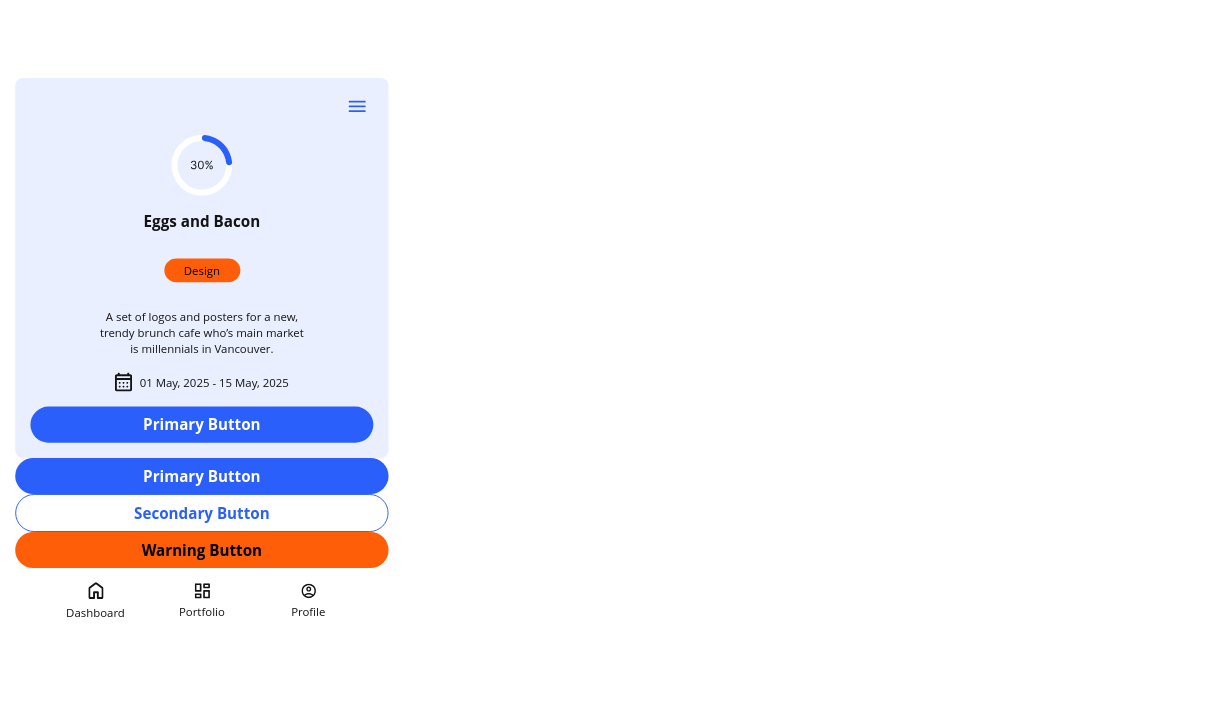
Repository: brunaguarizo/mosaic_app
Page: /
The author's editor kept a copy of each file at every save. The page is drawn from the files as they stood at one save, then again after the next save.
The browser window is 1280 px wide. The pictures show the whole page, at 95% of full size.
The project was rebuilt for these pictures with package versions that can differ from the ones it lists, and the page was loaded fresh each time. The framework's server and built-in components were replaced by stand-ins that run in the browser. Also part of the build but not shown: next.config.mjs.

Above is the page before, as saved 2025-04-18 10:46:45.

### app/page.js
import Navbar from "./_ui/Navbar/Navbar";
import ProjectCard from "./_ui/Project_card/Project_card";
import Button from "./_ui/Button/Button";

export default function Home() {
    return (
        <div>
            <ProjectCard />

            <Button
                value='Primary Button'
                type='primary'
                //onClick={}
            />

            <Button
                value='Secondary Button'
                type='secondary'
                //onClick={}
            />

            <Button
                value='Warning Button'
                type='warning'
                //onClick={}
            />
            <Navbar />
        </div>
    );
}

### app/globals.css
/* ------------------------------------------------------ GENERAL STYLES ------------------------------------------------------ */
*,
*::before,
*::after {
    box-sizing: inherit;
}

html,
body {
    padding: 0;
    margin: 0;
    font-family: var(--font-family);
    box-sizing: border-box;
}

html {
    display: flex;
    justify-content: center;
    align-items: center;
    width: 393px;
    height: 100%;
    margin: var(--space-regular);
}

.container {
}

.two-column {
    display: grid;
    grid-template-columns: 1fr 1fr;
    gap: var(--space-large);
}

/* ------------------------------------------------------ VARIABLES ------------------------------------------------------ */
:root {
    /* ----- COLORS ----- */
    --blue-primary: rgb(43, 95, 252);
    --blue-50: rgb(234, 239, 255);
    --blue-900: rgb(18, 40, 106);
    --white: #ffffff;
    --black: rgb(20, 20, 20);
    --grey-400: rgb(67, 67, 67);
    --yellow-secondary: rgb(255, 218, 1);
    --orange-secondary: rgb(255, 94, 9);
    --green-secondary: rgb(0, 193, 79);
    --purple-secondary: rgb(154, 65, 255);

    /* ----- TYPE ----- */
    --font-family: "Open Sans", sans-serif;

    --header-xxlarge-size: 88px;
    --title-section-font-size: 30px;
    --button-font-size: 24px;
    --body-text-font-size: 20px;
    --menu-font-size: 16px;
    --label-font-size: 12px;

    --font-style-normal: normal;
    --font-weight-bold: bold;

    --line-height-xxlarge: 100px;
    --line-height-large: 36px;
    --line-height-medium: 28px;
    --line-height-small: 20px;

    /* ----- SPACING ----- */
    --space-small: 8px;
    --space-regular: 16px;
    --space-medium: 32px;
    --space-large: 48px;
    --space-extra-large: 140px;
}

### app/_ui/Button/Button.js
// type: primary, secondary, warning
// disabled: boolean
// icon: icon
// size: small / default / large
// value: text
// onClick: function

import styles from "./Button.module.css";
import classNames from "classnames";

export default function Button({
    type,
    isDisabled = false,
    icon,
    size,
    value,
    onClick,
}) {
    const buttonClasses = classNames(styles.button, {
        [styles.small]: size === "small",
        [styles.large]: size === "large",
        [styles.primary]: type === "primary",
        [styles.secondary]: type === "secondary",
        [styles.disabled]: isDisabled,
        [styles.error]: type === "warning",
    });

    return (
        <input
            className={buttonClasses}
            type='button'
            value={value}
            onClick={onClick}
        />
    );
}

### app/_ui/navbar/Navbar.module.css
.nav {
    width: 393px;
    height: 72px;
    justify-content: center;
    align-items: center;
    display: flex;
    flex-direction: row;
    padding: 0;
    margin: 0;
    gap: var(--space-large);
    border-top: 1px solid var(--grey-50);
}

.navbar__item {
    display: flex;
    flex-direction: column;
    justify-content: center;
    align-items: center;
    gap: 4px;
    text-decoration: none;
    width: 60px;
    height: 44px;
    padding-left: 32px;
    padding-right: 32px;
    margin: 0;
}

.navbar__icon {
    max-width: 16px;
    padding: 0;
    margin: 0;
    fill: var(--black);
}

.navbar__text {
    color: var(--black);
    font-size: var(--label-font-size);
    font-weight: var(--font-weight-400);
    line-height: var(--line-height-small);
    text-decoration: none;
    padding: 0;
    margin: 0;
}

.navbar__item:hover .navbar__text,
.navbar__item:hover .navbar__icon,
.navbar__item:active .navbar__text,
.navbar__item:active .navbar__icon {
    color: var(--blue-primary);
    fill: var(--blue-primary);
}

/* ------------------------------------------------------ VARIABLES ------------------------------------------------------ */
:root {
    /* ----- COLORS ----- */
    --blue-primary: rgb(43, 95, 252);
    --blue-50: rgb(234, 239, 255);
    --blue-100: #bdcdfe;
    --blue-900: rgb(18, 40, 106);
    --white: #ffffff;
    --black: rgb(20, 20, 20);
    --grey-400: rgb(67, 67, 67);
    --yellow-secondary: rgb(255, 218, 1);
    --orange-secondary: rgb(255, 94, 9);
    --green-secondary: rgb(0, 193, 79);
    --purple-secondary: rgb(154, 65, 255);

    /* ----- TYPE ----- */
    --font-family: "Open Sans", sans-serif;

    --font-size-extra-large: 30px;
    --font-size-large: 24px;
    --font-size-medium: 20px;
    --font-size-regular: 16px;
    --font-size-small: 12px;

    --font-style-normal: normal;
    --font-weight-bold: bold;

    --line-height-xxlarge: 100px;
    --line-height-large: 36px;
    --line-height-medium: 28px;
    --line-height-small: 20px;

    /* ----- SPACING ----- */
    --space-small: 8px;
    --space-regular: 16px;
    --space-medium: 32px;
    --space-large: 48px;
    --space-extra-large: 140px;
}

### app/_ui/Project_card/Project_card.module.css
.card__container {
    display: flex;
    flex-direction: column;
    justify-content: center;
    align-items: center;
    background-color: var(--blue-50);
    border-radius: var(--space-small);
    padding: var(--space-regular);
    gap: var(--space-regular);
}

.card__menu {
    width: 100%;
    display: flex;
    justify-content: flex-end;
    padding: 0;
    margin: 0;
}

.card__icon {
    fill: var(--blue-primary);
    padding: 0;
    margin: 0;

    &:hover {
        fill: var(--blue-900);
    }
}

.card__title {
    font-family: var(--font-family);
    font-size: var(--font-size-regular);
    font-weight: var(--font-weight-bold);
    color: var(--black);
    padding: 0;
    margin: 0;
}

.card__text {
    font-family: var(--font-family);
    font-size: var(--font-size-small);
    font-weight: var(--font-weight-regular);
    color: var(--black);
    text-align: center;
    padding: 0;
    margin: 0;
    max-width: 220px;
}

.date {
    display: flex;
    align-items: center;
    gap: var(--space-small);
    padding: 0;
    margin: 0;
}

.date__icon {
    fill: var(--black);
    padding: 0;
    margin: 0;
}

/* ------------------------------------------------------ VARIABLES ------------------------------------------------------ */
:root {
    /* ----- COLORS ----- */
    --blue-primary: rgb(43, 95, 252);
    --blue-50: rgb(234, 239, 255);
    --blue-100: #bdcdfe;
    --blue-900: rgb(18, 40, 106);
    --white: #ffffff;
    --black: rgb(20, 20, 20);
    --grey-400: rgb(67, 67, 67);
    --yellow-secondary: rgb(255, 218, 1);
    --orange-secondary: rgb(255, 94, 9);
    --green-secondary: rgb(0, 193, 79);
    --purple-secondary: rgb(154, 65, 255);

    /* ----- TYPE ----- */
    --font-family: "Open Sans", sans-serif;

    --font-size-extra-large: 30px;
    --font-size-large: 24px;
    --font-size-medium: 20px;
    --font-size-regular: 16px;
    --font-size-small: 12px;

    --font-style-normal: normal;
    --font-weight-bold: bold;

    --line-height-xxlarge: 100px;
    --line-height-large: 36px;
    --line-height-medium: 28px;
    --line-height-small: 20px;

    /* ----- SPACING ----- */
    --space-small: 8px;
    --space-regular: 16px;
    --space-medium: 32px;
    --space-large: 48px;
    --space-extra-large: 140px;
}

### app/_ui/Tag/Tag.js
import styles from "./Tag.module.css";

function Tag() {
    return <p className={styles.tag}>Design</p>;
}

export default Tag;

### app/_ui/Button/Button.module.css
.button {
    font-family: var(--font-family);
    font-size: var(--font-size-regular);
    font-weight: var(--font-weight-bold);
    width: 100%;
    padding-top: var(--space-small);
    padding-left: var(--space-regular);
    padding-right: var(--space-regular);
    padding-bottom: var(--space-small);
    border-radius: 100px;
    align-items: center;
    border: none;

    &:hover {
        background-color: var(--blue-900);
        color: var(--white);
    }
}

.primary {
    background: var(--blue-primary);
    color: var(--white);
}

.secondary {
    background-color: var(--white);
    border: 1px solid var(--blue-primary);
    color: var(--blue-primary);
}

.disabled {
    pointer-events: none;
    color: var(--white);
    background-color: var(--blue-100);
}

.small {
    font-size: var(--font-size-small);
    padding: var(--space-small);
    align-items: center;
}

.large {
    font-size: var(--font-size-large);
    padding: var(--space-regular);
}

.error {
    background-color: var(--orange-secondary);
}

/* ------------------------------------------------------ VARIABLES ------------------------------------------------------ */
:root {
    /* ----- COLORS ----- */
    --blue-primary: rgb(43, 95, 252);
    --blue-50: rgb(234, 239, 255);
    --blue-100: #bdcdfe;
    --blue-900: rgb(18, 40, 106);
    --white: #ffffff;
    --black: rgb(20, 20, 20);
    --grey-400: rgb(67, 67, 67);
    --yellow-secondary: rgb(255, 218, 1);
    --orange-secondary: rgb(255, 94, 9);
    --green-secondary: rgb(0, 193, 79);
    --purple-secondary: rgb(154, 65, 255);

    /* ----- TYPE ----- */
    --font-family: "Open Sans", sans-serif;

    --font-size-extra-large: 30px;
    --font-size-large: 24px;
    --font-size-medium: 20px;
    --font-size-regular: 16px;
    --font-size-small: 12px;

    --font-style-normal: normal;
    --font-weight-bold: bold;

    --line-height-xxlarge: 100px;
    --line-height-large: 36px;
    --line-height-medium: 28px;
    --line-height-small: 20px;

    /* ----- SPACING ----- */
    --space-small: 8px;
    --space-regular: 16px;
    --space-medium: 32px;
    --space-large: 48px;
    --space-extra-large: 140px;
}

### app/_ui/Tag/Tag.module.css
.tag {
    font-family: var(--font-family);
    font-size: var(--font-size-small);
    font-weight: var(--font-weight-regular);
    width: 80px;
    padding: var(--space-extra-small);
    border-radius: 100px;
    border: none;
    background-color: var(--orange-secondary);

    display: flex;
    justify-content: center;
    align-items: center;
    text-align: center;
}

/* ------------------------------------------------------ VARIABLES ------------------------------------------------------ */
:root {
    /* ----- COLORS ----- */
    --blue-primary: rgb(43, 95, 252);
    --blue-50: rgb(234, 239, 255);
    --blue-100: #bdcdfe;
    --blue-900: rgb(18, 40, 106);
    --white: #ffffff;
    --black: rgb(20, 20, 20);
    --grey-400: rgb(67, 67, 67);
    --yellow-secondary: rgb(255, 218, 1);
    --orange-secondary: rgb(255, 94, 9);
    --green-secondary: rgb(0, 193, 79);
    --purple-secondary: rgb(154, 65, 255);

    /* ----- TYPE ----- */
    --font-family: "Open Sans", sans-serif;

    --font-size-extra-large: 30px;
    --font-size-large: 24px;
    --font-size-medium: 20px;
    --font-size-regular: 16px;
    --font-size-small: 12px;

    --font-style-normal: normal;
    --font-weight-bold: bold;

    --line-height-xxlarge: 100px;
    --line-height-large: 36px;
    --line-height-medium: 28px;
    --line-height-small: 20px;

    /* ----- SPACING ----- */
    --space-extra-small: 4px;
    --space-small: 8px;
    --space-regular: 16px;
    --space-medium: 32px;
    --space-large: 48px;
    --space-extra-large: 140px;
}

### app/_ui/Date_PopUp/Date_PopUp.js
import { useState } from "react";
import styles from "./Date_PopUp.module.css";

const months = [
    "January",
    "February",
    "March",
    "April",
    "May",
    "June",
    "July",
    "August",
    "September",
    "October",
    "November",
    "December",
];

const years = [2025, 2026, 2027, 2028, 2029, 2020];

export default function DateRangePicker() {
    const [selectedMonth, setSelectedMonth] = useState(4); // May
    const [selectedYear, setSelectedYear] = useState(2025);
    const [selectedDates, setSelectedDates] = useState([3, 13]);

    const generateCalendar = () => {
        const firstDay = new Date(selectedYear, selectedMonth, 1).getDay();
        const daysInMonth = new Date(
            selectedYear,
            selectedMonth + 1,
            0
        ).getDate();

        const blanks = Array(firstDay).fill(null);
        const days = Array.from({ length: daysInMonth }, (_, i) => i + 1);

        return [...blanks, ...days];
    };

    const handleDateClick = (day) => {
        if (!day) return;
        const updated = [...selectedDates];
        if (updated.length === 2) updated.length = 0;
        updated.push(day);
        setSelectedDates(updated.sort((a, b) => a - b));
    };

    return (
        <div className={styles.popupContainer}>
            <div className={styles.popup}>
                <h2 className={styles.title}>Please select a new range</h2>
                <div className={styles.selects}>
                    <select
                        className={styles.select}
                        value={selectedMonth}
                        onChange={(e) =>
                            setSelectedMonth(Number(e.target.value))
                        }>
                        {months.map((month, idx) => (
                            <option
                                key={month}
                                value={idx}>
                                {month}
                            </option>
                        ))}
                    </select>
                    <select
                        className={styles.select}
                        value={selectedYear}
                        onChange={(e) =>
                            setSelectedYear(Number(e.target.value))
                        }>
                        {years.map((year) => (
                            <option
                                key={year}
                                value={year}>
                                {year}
                            </option>
                        ))}
                    </select>
                </div>
                <div className={styles.calendar}>
                    {["Su", "Mo", "Tu", "We", "Th", "Fr", "Sa"].map((day) => (
                        <div
                            key={day}
                            className={styles.dayLabel}>
                            {day}
                        </div>
                    ))}
                    {generateCalendar().map((day, idx) => (
                        <div
                            key={idx}
                            className={`${styles.dayCell} ${
                                selectedDates.includes(day)
                                    ? styles.selected
                                    : ""
                            } ${!day ? styles.empty : ""}`}
                            onClick={() => handleDateClick(day)}>
                            {day || ""}
                        </div>
                    ))}
                </div>
                <div className={styles.actions}>
                    <button className={styles.cancel}>Cancel</button>
                    <button className={styles.save}>Save</button>
                </div>
            </div>
        </div>
    );
}

### app/_ui/Date_PopUp/Date_PopUp.module.css
.popupContainer {
    background-color: var(--black);
    display: flex;
    justify-content: center;
    align-items: center;
    height: 100vh;
}

.popup {
    background-color: var(--white);
    padding: var(--space-medium);
    border-radius: 10px;
    box-shadow: 0 5px 10px rgba(0, 0, 0, 0.3);
    font-family: var(--font-family);
    width: 340px;
}

.title {
    font-size: var(--font-size-medium);
    margin-bottom: var(--space-regular);
    color: var(--black);
    text-align: center;
}

.selects {
    display: flex;
    gap: var(--space-regular);
    margin-bottom: var(--space-regular);
}

.select {
    flex: 1;
    padding: var(--space-small);
    background-color: var(--blue-primary);
    color: var(--white);
    font-weight: var(--font-weight-bold);
    border: none;
    border-radius: 5px;
    cursor: pointer;
}

.calendar {
    display: grid;
    grid-template-columns: repeat(7, 1fr);
    gap: var(--space-small);
    text-align: center;
    margin-bottom: var(--space-medium);
}

.dayLabel {
    font-weight: var(--font-weight-bold);
    font-size: var(--font-size-small);
    color: var(--grey-400);
}

.dayCell {
    padding: var(--space-small);
    border-radius: 5px;
    font-size: var(--font-size-regular);
    background-color: var(--blue-50);
    cursor: pointer;
    user-select: none;
}

.dayCell:hover {
    background-color: var(--blue-100);
}

.selected {
    background-color: var(--blue-primary);
    color: var(--white);
}

.empty {
    background: none;
    pointer-events: none;
}

.actions {
    display: flex;
    justify-content: space-between;
}

.cancel,
.save {
    padding: var(--space-small) var(--space-medium);
    border: none;
    border-radius: 8px;
    font-size: var(--font-size-regular);
    font-weight: var(--font-weight-bold);
    cursor: pointer;
    flex: 1;
}

.cancel {
    background-color: var(--blue-100);
    color: var(--blue-900);
    margin-right: var(--space-small);
}

.save {
    background-color: var(--blue-primary);
    color: var(--white);
}

/* ------------------------------------------------------ VARIABLES ------------------------------------------------------ */
:root {
    /* ----- COLORS ----- */
    --blue-primary: rgb(43, 95, 252);
    --blue-50: rgb(234, 239, 255);
    --blue-100: #bdcdfe;
    --blue-900: rgb(18, 40, 106);
    --white: #ffffff;
    --black: rgb(20, 20, 20);
    --grey-400: rgb(67, 67, 67);
    --yellow-secondary: rgb(255, 218, 1);
    --orange-secondary: rgb(255, 94, 9);
    --green-secondary: rgb(0, 193, 79);
    --purple-secondary: rgb(154, 65, 255);

    /* ----- TYPE ----- */
    --font-family: "Open Sans", sans-serif;

    --font-size-extra-large: 30px;
    --font-size-large: 24px;
    --font-size-medium: 20px;
    --font-size-regular: 16px;
    --font-size-small: 12px;

    --font-style-normal: normal;
    --font-weight-bold: bold;

    --line-height-xxlarge: 100px;
    --line-height-large: 36px;
    --line-height-medium: 28px;
    --line-height-small: 20px;

    /* ----- SPACING ----- */
    --space-small: 8px;
    --space-regular: 16px;
    --space-medium: 32px;
    --space-large: 48px;
    --space-extra-large: 140px;
}

Loaded but not shown: app/layout.js (common file); app/_ui/Project_card/Project_card.js (67 lines, source omitted); app/_ui/navbar/Navbar.js (56 lines, source omitted)

After the next save:
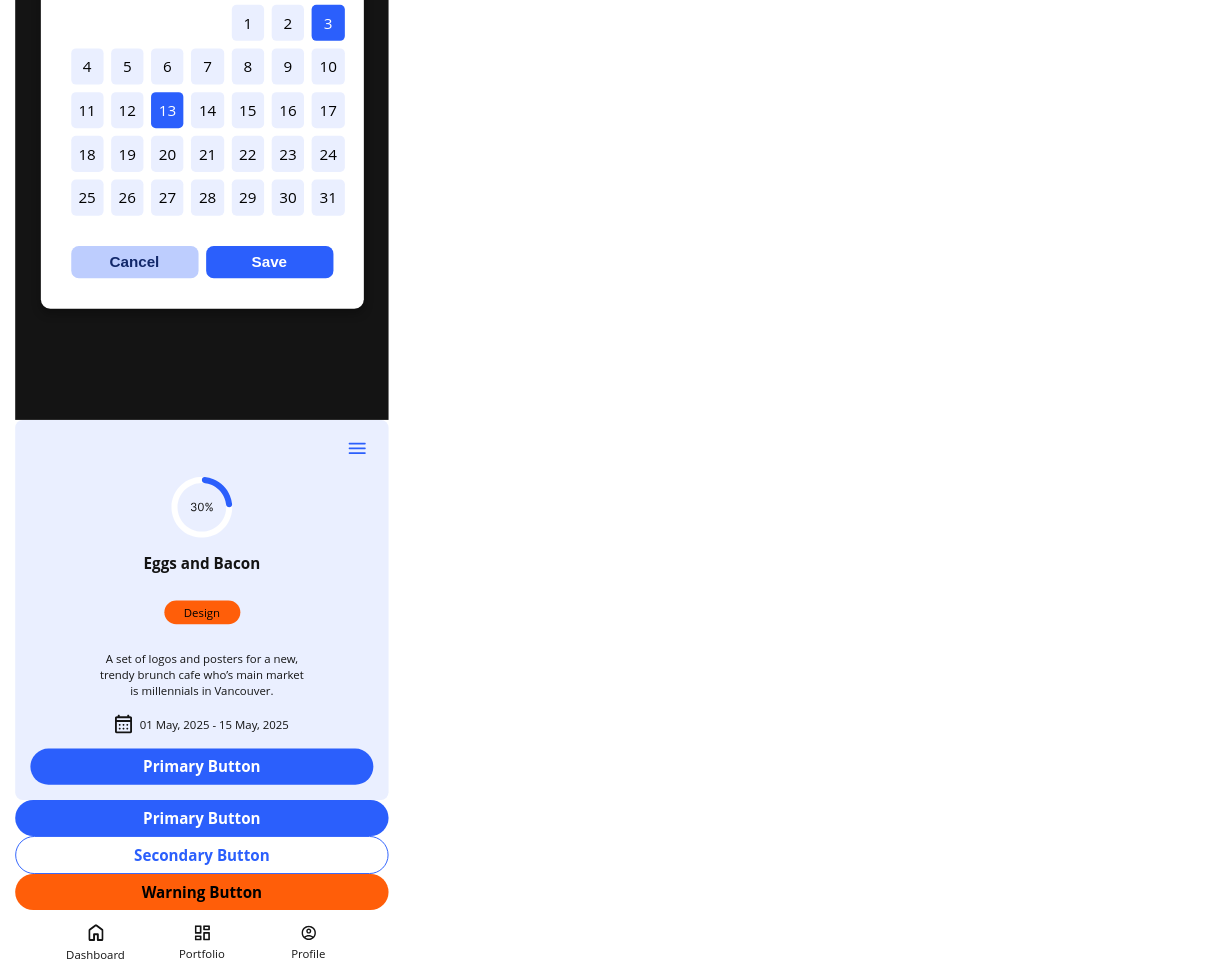
Saved 44 s later.
--- a/app/page.js
+++ b/app/page.js
@@ -1,10 +1,12 @@
 import Navbar from "./_ui/Navbar/Navbar";
 import ProjectCard from "./_ui/Project_card/Project_card";
 import Button from "./_ui/Button/Button";
+import DatePicker from "./_ui/Date_PopUp/Date_PopUp";
 
 export default function Home() {
     return (
         <div>
+            <DatePicker />
             <ProjectCard />
 
             <Button
